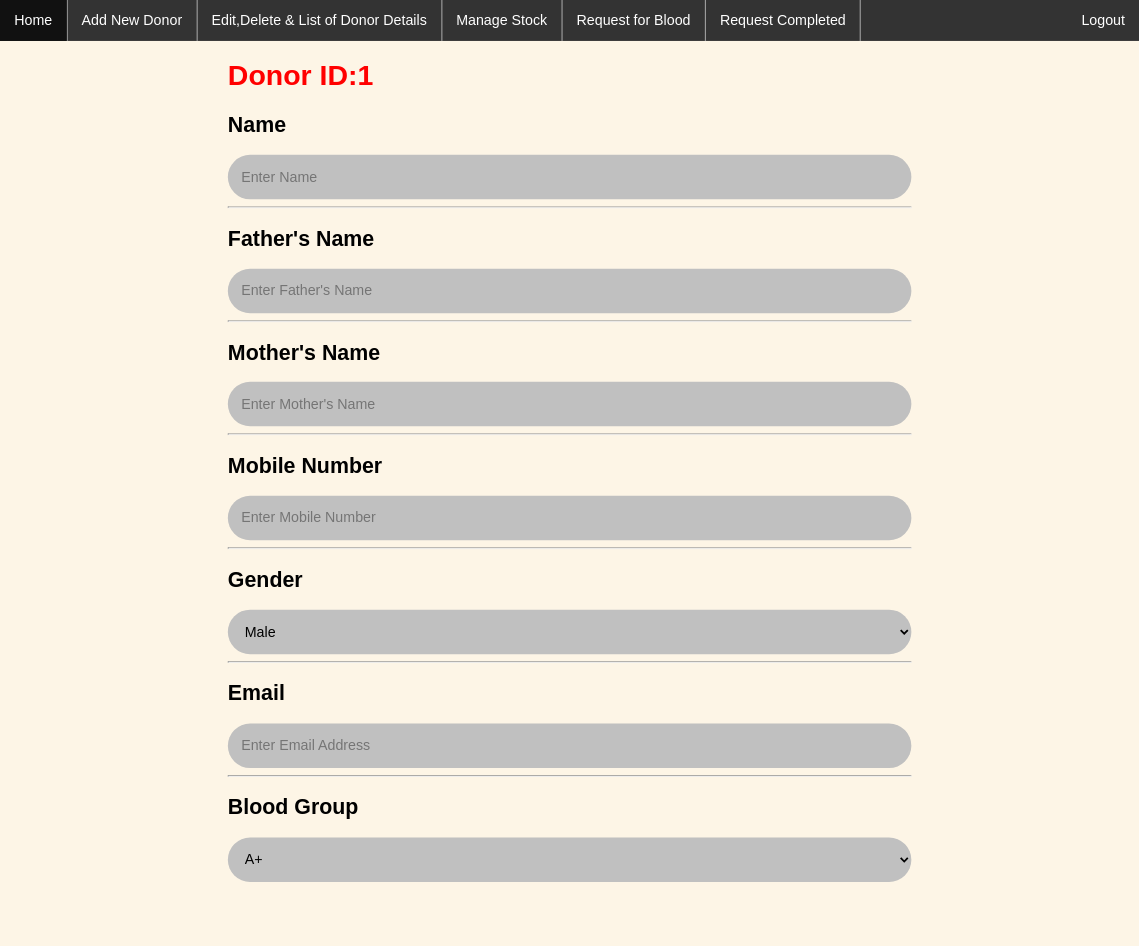
Repository: Tejas-2408/Blood-Bank-Management
Page: http://localhost/Blood_Bank_Management_System/addNewDonor.jsp
An editor plug-in stored every save of this project. The page is shown before and after the next save, followed by the edit.
The browser window is 1280 px wide. The pictures show the whole page, at 89% of full size.
The page is served by Tomcat 9. Queries for data that is not in the repository find no rows.

Above is the page before, as saved 2022-06-03 14:08:45.

### Blood Bank Management System/src/main/webapp/addNewDonor.jsp
<%@include file="header.html"%>
<%@page import="Project.ConnectionProvider,java.sql.*" %>
<!DOCTYPE html PUBLIC "-//W3C//DTD HTML 4.01 Transitional//EN" "http://www.w3.org/TR/html4/loose.dtd">
<html>
<head>
 <link rel="stylesheet" href="style.css" type="text/css" media="screen">
<style>
input[type="text"], input[type="password"], input[type="email"], select,input[type="number"]
{
    border: none;
    background:silver;
    height: 50px;
    font-size: 16px;
	padding:15px;
	width:60%;
	border-radius: 25px;
	margin-left:20%;
}
h2,h1
{
	margin-left:20%;
}
hr
{
width:60%;
}
</style>
</head>
<body>
<%
int id=1;
try{
	Connection con = ConnectionProvider.getCon();
	Statement st = con.createStatement();
	ResultSet rs = st.executeQuery("select max(id) from donor");
	if(rs.next()){
		id = rs.getInt(1);
		id++;
	}  %>
	<div class="container">
	<h1 style="color:red;">Donor ID:<%out.print(id); %></h1>
	<%
}
catch(Exception e){
}
%>

<div class="container">
<form action="addNewDonorAction.jsp" method="post">
<input type="hidden" name="id" value="<% out.println(id);%>">
<h2>Name</h2>
<input type="text" placeholder="Enter Name" name="name">
<hr>
<h2>Father's Name</h2>
<input type="text" placeholder="Enter Father's Name" name="father">
<hr>
<h2>Mother's Name</h2>
<input type="text" placeholder="Enter Mother's Name" name="mother">
<hr>
<h2>Mobile Number</h2>
<input type="number" placeholder="Enter Mobile Number" name="mobilenumber">
<hr>
<h2>Gender</h2>
<select name="gender">
<option value="Male">Male</option>
<option value="Female">Female</option>
<option value="Others">Others</option>
</select>
<hr>
<h2>Email</h2>
<input type="email" placeholder="Enter Email Address" name="email">
<hr>
<h2>Blood Group</h2>
<select name="bloodgroup">
<option value="A+">A+</option>
<option value="A-">A-</option>
<option value="B+">B+</option>
<option value="B-">B-</option>
<option value="O+">O+</option>
<option value="O-">O-</option>
<option value="AB+">AB+</option>
<option value="AB-">AB-</option>
</select>
</form>

</div>



  </div>

<br>
<br>
<br>
<br>

</body>
</html>

### Blood Bank Management System/src/main/webapp/header.html
<!DOCTYPE html>
<html>
<head>
 <link rel="stylesheet" href="style.css" type="text/css" media="screen">
<style>

ul {
  list-style-type: none;
  margin: 0;
  padding: 0;
  overflow: hidden;
  background-color: #333;
}

li {
  float: left;
  border-right:1px solid #bbb;
}

li:last-child {
  border-right: none;
}

li a {
  display: block;
  color: white;
  text-align: center;
  padding: 14px 16px;
  text-decoration: none;
}

li a:hover:not(.active) {
  background-color: #111;
}

.active {
  background-color: #4CAF50;
}
</style>
</head>
<body>

<ul>
  <li><a href="home.jsp">Home</a></li>
  <li><a href="addNewDonor.jsp">Add New Donor</a></li>
  <li><a href="editDeleteList.jsp">Edit,Delete & List of Donor Details</a></li>
    <li><a href="manageStock.jsp">Manage Stock</a></li>
  <li><a href="requestForBlood.jsp">Request for Blood</a></li>
  <li><a href="requestCompleted.jsp">Request Completed</a></li>
  <li style="float:right"><a href="adminLogin.jsp">Logout</a></li>
</ul>

</body>
</html>

### Blood Bank Management System/src/main/java/Project/ConnectionProvider.java
package Project;
import java.sql.*;

public class ConnectionProvider {

	public static Connection getCon() {
		try {
			Class.forName("com.mysql.jdbc.Driver");
			Connection con = DriverManager.getConnection("jdbc:mysql://localhost:3306/bloodbank","root","root");
			return con;
		}
		catch(Exception e) {
			System.out.print(e);
			return null;
		}
	}

}

### Blood Bank Management System/src/main/webapp/style.css
body{
background-color:#FDF5E6;
}
img{
width:100%;
height:500px;
}

.logo{
width:130px;
height:90px;
}
body {
  margin: 0;
  font-family: Arial;
}

.header {
  overflow: hidden;
  background-color:#B0C4DE;
  padding: 20px 10px;
}

.header a {
  float: left;
  color: white;
  text-align: center;
  padding: 12px;
  text-decoration: none;
  font-size: 18px;
  line-height: 25px;
  border-radius: 4px;
}

.header a.logo {
  font-size: 25px;
  font-weight: bold;
}


.header a.active {
  background-color: dodgerblue;
  color: white;
}

.header-right {
  float: right;
}

@media screen and (max-width: 500px) {
  .header a {
    float: none;
    display: block;
    text-align: left;
  }
  .header-right {
    float: none;
  }
}
.slide{
background-color:red;
}


textarea
{
    border: none;
    margin-left:100px;
	background:silver;
	width:100%;
    font-size: 16px;
	padding:15px;

}
.textdiv{
	margin-left:2.5%;
	margin-right:2.5%;
	width:100%;
}

iframe{

	height:50%;
	width:90%;
}


.button {
  border-radius: 4px;
  background-color: black;
  border: solid;
  color: #FFFFFF;
  text-align: center;
  font-size: 23px;
  padding: 5px;
  width: 120px;
  transition: all 0.5s;
  cursor: pointer;
  margin: 5px;
}

.button1 {
  border-radius: 4px;
  background-color: black;
  border: solid;
  border-radius:30px;
  border-color:silver;
  color: #FFFFFF;
  text-align: center;
  font-size: 23px;
  padding: 5px;
  width: 140px;
  transition: all 0.5s;
  cursor: pointer;
  margin: 5px;
  float:right;
}

button span {
  cursor: pointer;
  display: inline-block;
  position: relative;
  transition: 0.5s;
}

button span:after ,button1 span:after {
  content: '\00bb';
  position: absolute;
  opacity: 0;
  top: 0;
  right: -20px;
  transition: 0.5s;
}

button:hover span , button1:hover span {
  padding-right: 25px;
}

button:hover span:after , button1:hover span:after {
  opacity: 1;
  right: 0;
}



.p1{
	margin-left:6%;
	margin-right:6%;
	padding:15%;
	 border-left: 6px solid silver;
	 border-right: 6px solid silver;
	  border-top: 6px solid gray;
	 border-bottom: 6px solid gray;
	margin-bottom:2px;
	 background: rgba(0, 0, 0, 0.2);

}
.p2
{
	margin-left:6%;
	margin-right:6%;
	padding:9%;
	border:solid;
	border-left: 6px solid silver;
	 border-right: 6px solid silver;
	  border-top: 6px solid gray;
	 border-bottom: 6px solid gray;
	margin-bottom:18px;
	 background: rgba(0, 0, 0, 0.2);
}


.p3{

	color:white;
	margin-left:6%;
}


.m1{
	width:140px;
}

* {
    box-sizing: border-box;
}

body {
    margin: 0;
    font-family: Arial;
}

.header {
    text-align: center;
    padding: 32px;
}

.row {
    display: -ms-flexbox; /* IE10 */
    display: flex;
    -ms-flex-wrap: wrap; /* IE10 */
    flex-wrap: wrap;
    padding: 0 4px;

}
.row1 {
    display: -ms-flexbox; /* IE10 */
    display: flex;
    -ms-flex-wrap: wrap; /* IE10 */
    flex-wrap: wrap;
    padding: 0 4px;
	background-color:black;

}


/* Create four equal columns that sits next to each other */
.column {
    -ms-flex: 25%; /* IE10 */
    flex: 25%;
    max-width: 50%;
    padding: 0 4px;
}
.column1 {
    -ms-flex: 25%; /* IE10 */
    flex: 25%;
    max-width: 100%;
    padding: 0 4px;
}


.column img {
    margin-top: 8px;
    vertical-align: middle;
	height:300px;
	padding:30px;
}

/* Responsive layout - makes a two column-layout instead of four columns */
@media screen and (max-width: 800px) {
    .column {
        -ms-flex: 50%;
        flex: 50%;
        max-width: 50%;
    }
}

/* Responsive layout - makes the two columns stack on top of each other instead of next to each other */
@media screen and (max-width: 600px) {
    .column {
        -ms-flex: 100%;
        flex: 100%;
        max-width: 100%;
    }
}
p{
padding:10px;
}

.h1d{
color:white;
margin-left:5%;
}
.h1e{
color:white;
margin-left:28%;
}

After the next save:
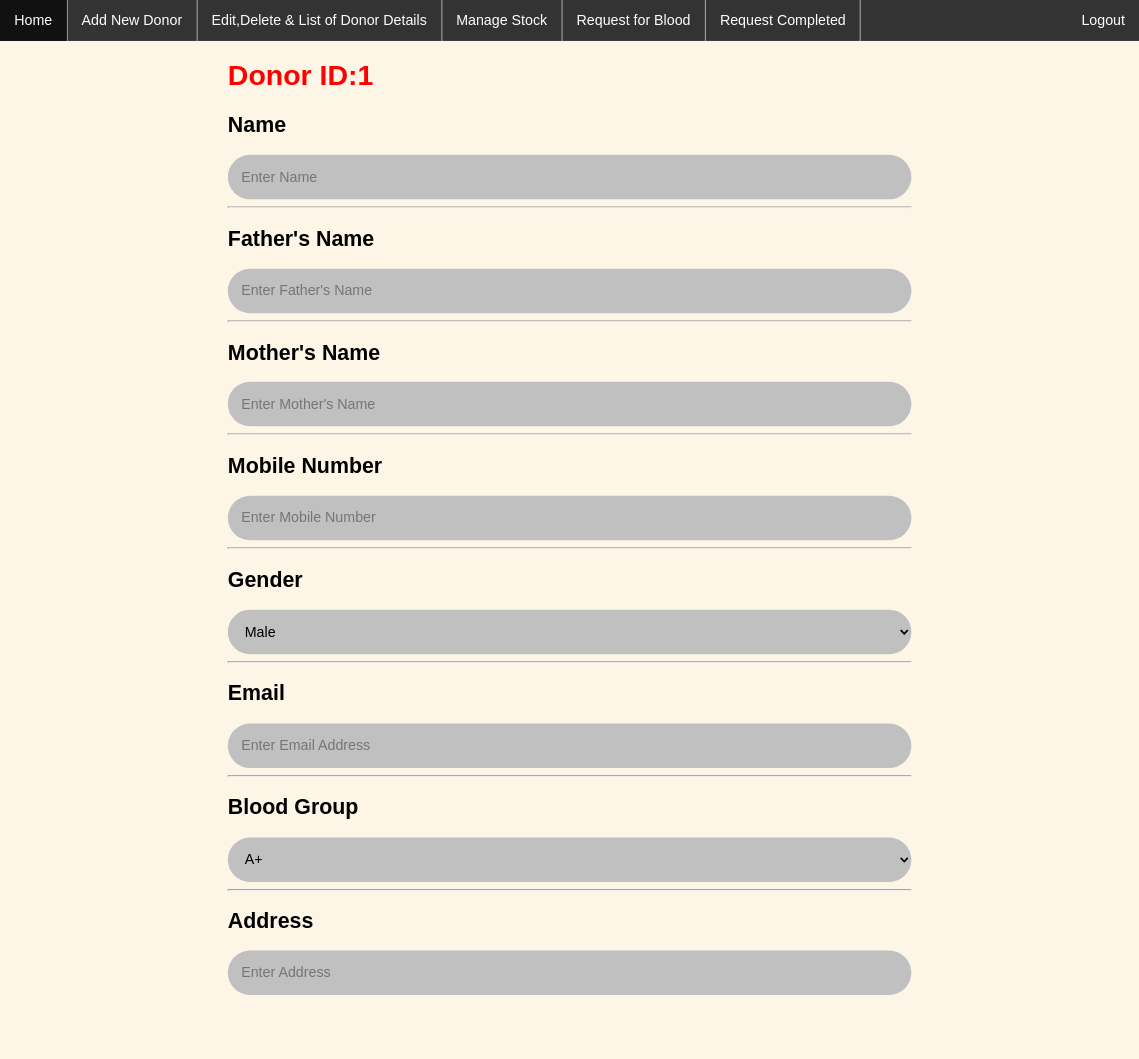
Saved 49 s later.
--- a/Blood Bank Management System/src/main/webapp/addNewDonor.jsp
+++ b/Blood Bank Management System/src/main/webapp/addNewDonor.jsp
@@ -81,6 +81,9 @@ catch(Exception e){
 <option value="AB+">AB+</option>
 <option value="AB-">AB-</option>
 </select>
+<hr>
+<h2>Address</h2>
+<input type="text" placeholder="Enter Address" name="address">
 </form>
 
 </div>
